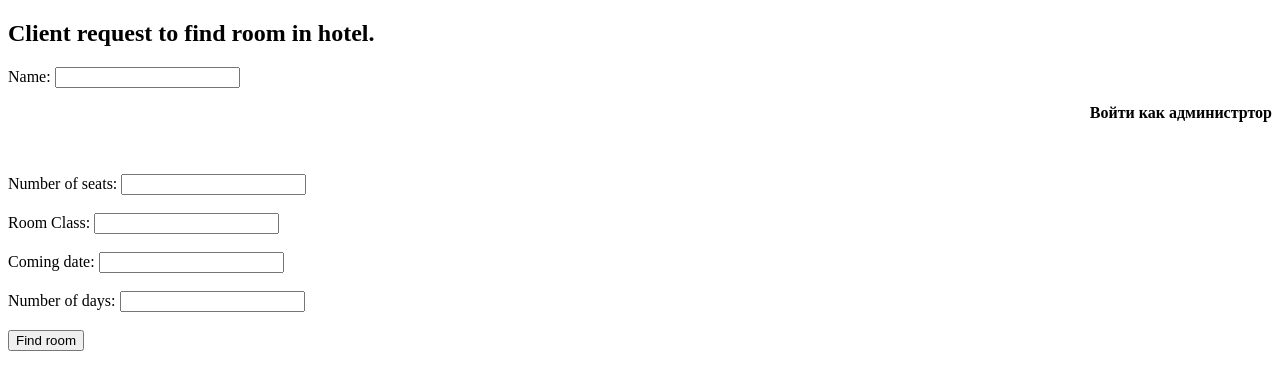
Repository: milosh-alexandr-by/ItAcademyJavaDeveloper
Page: http://localhost/HotelRequestSystem/ClientServlet.jsp
These files come from the project's save history. The page is drawn as it stood at one moment and after the next save; the edit follows.
The browser window is 1280 px wide. The pictures show the whole page.
The page is served by Tomcat 9.

Above is the page before, as saved 2015-12-12 21:49:51.

After the next save:
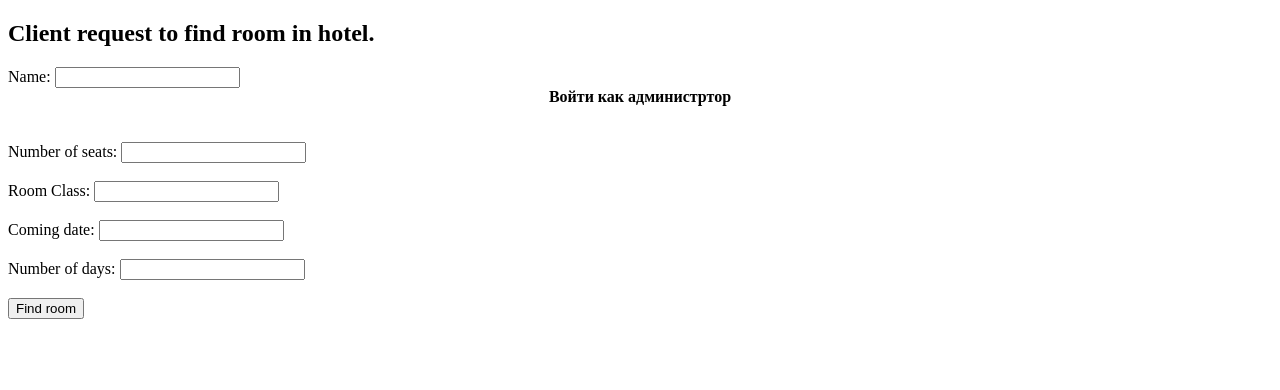
Saved 84 s later.
--- a/Project_WEB/HotelRequestSystem/WebContent/ClientServlet.jsp
+++ b/Project_WEB/HotelRequestSystem/WebContent/ClientServlet.jsp
@@ -11,7 +11,7 @@
 	<h2>Client request to find room in hotel.</h2>
 
 	<form action="HotelRequestSystem" method="GET">
-		Name: <input type="text" name="Name" /> <p align="right"><strong>Войти как администртор</strong></p> <br/><br/>
+		Name: <input type="text" name="Name" /> <center><strong>Войти как администртор</strong></center> <br/><br/>
 		Number of seats: <input type="text" name="NumberOfSeats" /> <br/><br/>
 		Room Class: <input type="text" name="RoomClass" /> <br/><br/>
 		Coming date: <input type="text" name="ComingDate" /> <br/><br/>
